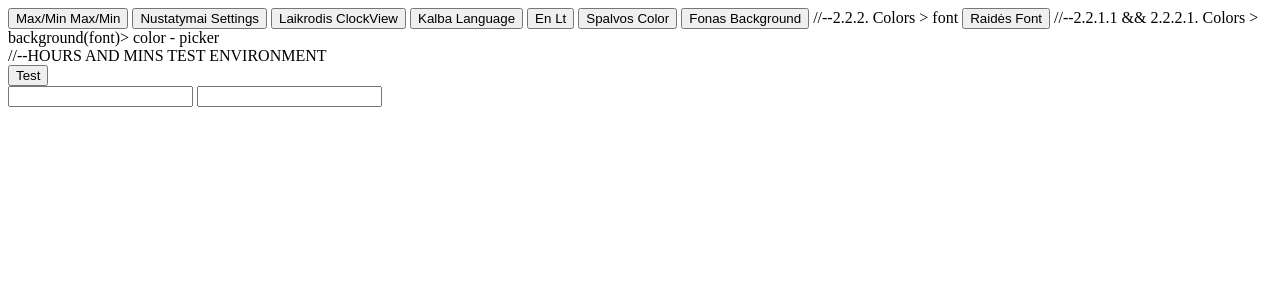
Repository: Skaidrius/WordClock
Page: directives/clock-buttons.html
The author's editor kept a record of every edit. The page is drawn from the files as they stood at one moment, then again after the next edit.
The browser window is 1280 px wide. The pictures show the whole page.

Above is the page before.

After the next edit:
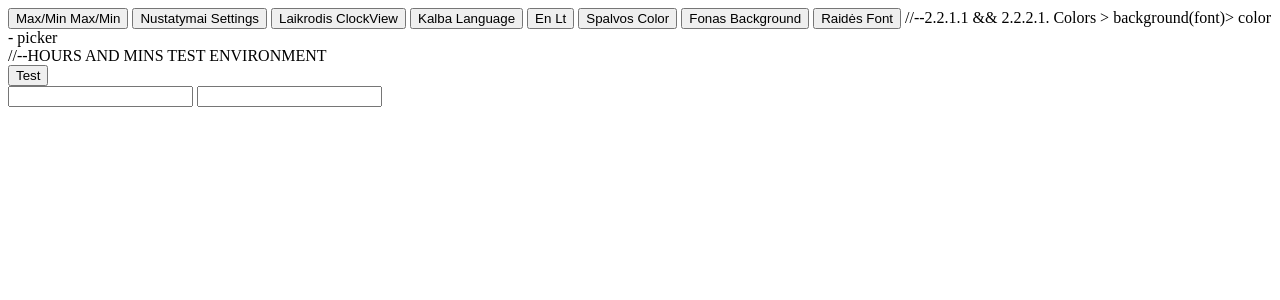
The edit:
--- a/directives/clock-buttons.html
+++ b/directives/clock-buttons.html
@@ -43,7 +43,7 @@
             <span ng-show="en">Background</span>
         </button>
 
-        //--2.2.2. Colors > font
+        <!--2.2.2. Colors > font-->
         <button ng-show="change && sets && color" ng-click="picker=!picker">
             <span ng-show="lt">Raidės</span>
             <span ng-show="en">Font</span>
